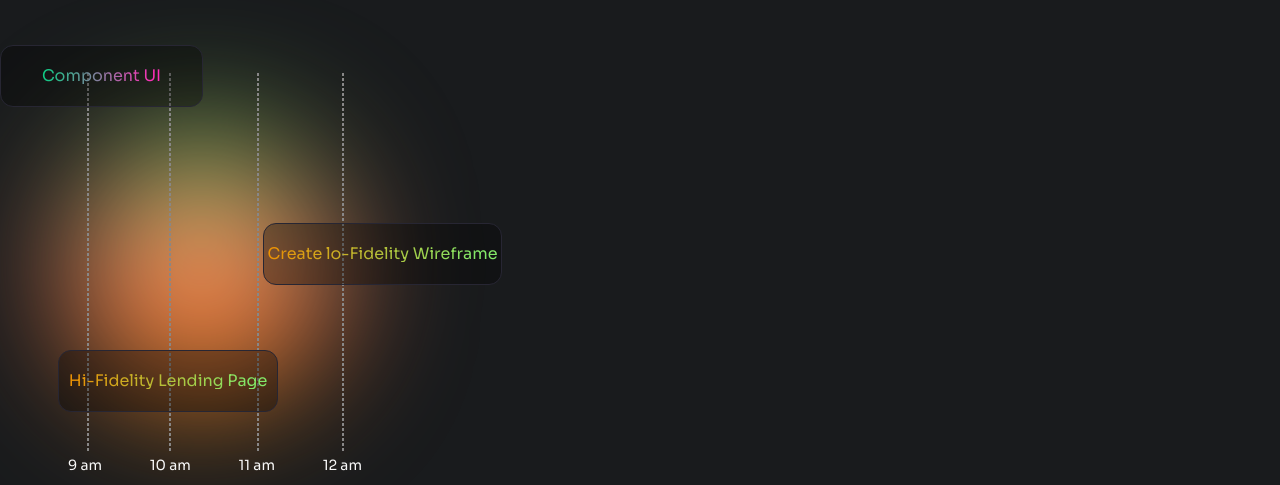
Repository: anhthiethumg/Task_Managerment_Website
Page: index.html
The author's editor kept a copy of each file at every save. The page is drawn from the files as they stood at one save, then again after the next save.
The browser window is 1280 px wide. The pictures show the part of the page from y = 2400 to 2885 px (the page is 2885 px tall).
A picture or video elsewhere on the page could not be fetched, so the positions and the page height are approximate.

Above is the page before, as saved 2023-07-31 08:57:51.

### index.html
<!DOCTYPE html>
<html lang="en">
  <head>
    <meta charset="UTF-8" />
    <meta name="viewport" content="width=device-width, initial-scale=1.0" />
    <title>Task Managerment Website</title>
    <!-- Reset Css -->
    <link rel="stylesheet" href="./assets/css/reset.css" />

    <!-- CSS -->
    <link rel="stylesheet" href="./assets/css/styles.css" />

    <!-- Embed Font-->

    <link rel="preconnect" href="https://fonts.googleapis.com" />
    <link rel="preconnect" href="https://fonts.gstatic.com" crossorigin />
    <link
      href="https://fonts.googleapis.com/css2?family=Sora:wght@400;600;700;800&display=swap"
      rel="stylesheet"
    />
  </head>
  <body>
    <!-- Header -->
    <section class="header">
      <div class="container">
        <navbar class="row nav">
          <img src="./assets/image/logo.svg" alt="Task." />
          <div class="nav-list">
            <a class="nav-item" href="#!">Home</a>
            <a class="nav-item" href="#!">Products</a>
            <a class="nav-item" href="#!">Guidlines</a>
            <a class="nav-item" href="#!">Guidlines</a>
          </div>
          <button class="btn nav-btn">Sign In</button>
        </navbar>
        <section class="hero">
          <div class="row hero__content">
            <div class="stacked-circles">
              <div class="circles"></div>
              <div class="circles"></div>
              <div class="circles"></div>
              <div class="circles"></div>
            </div>
            <div class="hero--content__heading">
              <h1 class="hero__heading">
                Make <span class="heading__liner">Management</span> Way More
                Easier Than Ever
              </h1>
              <p class="hero__desc section-desc">
                The online collaborative management platform to bring more
                efficiency and performace
              </p>
              <div class="hero-btn row">
                <button type="button" class="btn hero__btn">
                  Request Demo
                </button>
                <button type="button" class="btn hero__btn">Contact Us</button>
              </div>
            </div>
            <div class="stacked-circles">
              <div class="circles"></div>
              <div class="circles"></div>
              <div class="circles"></div>
              <div class="circles"></div>
            </div>
          </div>
          <section class="task-manager row">
            <sidebar class="sidebar">
              <div class="row sidebar__header">
                <img
                  src="./assets/icons/icon-sidebar.svg"
                  alt="icon-sidebar"
                  class="icon__sidebar"
                />
                <img
                  src="./assets/icons/dashboard-icon.svg"
                  alt="dashboard-icon"
                  class="dashboard-icon"
                />
                <h4 class="sidebar__heading">Dashboard</h4>
              </div>
              <div class="sidebar__list">
                <h4 class="sidebar__list--heading">Collections</h4>
                <div class="sidebar__list--item">
                  <h5 class="sidebar__item--content">School</h5>
                </div>
                <div class="sidebar__list--item">
                  <h5 class="sidebar__item--content">Personal</h5>
                </div>
              </div>
            </sidebar>
            <section class="task-manager__section">
              <div class="task__header row">
                <img src="./assets/icons/school.png" alt="Back" class="back" />
                <img
                  src="./assets/icons/contact us icon.png"
                  alt="Contact"
                  class="contact-us"
                />
              </div>
              <div class="task__content row">
                <div class="list--work">
                  <div class="list-sort">Sort</div>
                  <div class="work--item">Finish the Easay collaboration</div>
                  <div class="work--item">Do the math for next monday</div>
                  <div class="work--item">
                    Read the next chapter of the book
                  </div>
                  <div class="work--item">
                    Send the collabaration files to jerusha
                  </div>
                  <div class="work--item">
                    Finish the powerpoint presentation
                  </div>
                  <div class="work--item">Add task</div>
                </div>
                <div class="daily-task">
                  <div class="dailytask__heading">Daily task.</div>
                  <img
                    class="dailytask__img"
                    src="./assets/image/Rectangle 50.png"
                    alt="Daily task"
                  />
                </div>
              </div>
              <div class="card">
                <div class="card__heading">Collections</div>
                <div class="card__list">
                  <div class="card__item">
                    <div class="card__item--icon"></div>
                    <div class="card__item--content">
                      <h4 class="card__item--title">School</h4>
                      <p class="card__item--desc">4 task plus tomorrow.</p>
                    </div>
                  </div>
                  <div class="card__item">
                    <div class="card__item--icon"></div>
                    <div class="card__item--content">
                      <h4 class="card__item--title">Personal</h4>
                      <p class="card__item--desc">1 task plus today.</p>
                    </div>
                  </div>
                  <div class="card__item">
                    <div class="card__item--icon"></div>
                    <div class="card__item--content">
                      <h4 class="card__item--title">Design</h4>
                      <p class="card__item--desc">3 task plus rewt week.</p>
                    </div>
                  </div>
                </div>
              </div>
            </section>
          </section>
        </section>
      </div>
    </section>

    <!-- Main -->
    <main class="main">
      <div class="container">
        <!-- Services -->
        <section class="services">
          <div class="services__icon--list">
            <div class="services__icon--bg">
              <img
                src="./assets/icons/report.png"
                alt="Report"
                class="services__icon"
              />
            </div>
            <img src="./assets/icons/dash line-1.svg" alt="dash-line" />
            <div class="services__icon--bg">
              <img
                src="./assets/icons/server.png"
                alt="Server"
                class="services__icon"
              />
            </div>

            <img src="./assets/icons/dash line-1.svg" alt="dash-line" />
            <div class="services__icon--bg">
              <img
                src="./assets/icons/support.png"
                alt="Support"
                class="services__icon"
              />
            </div>
          </div>
          <div class="services__list row">
            <div class="services__items">
              <h3 class="services__heading">Structured Reports</h3>
              <p class="services__desc">
                Sed rhoncus sit sed tellus donec lorem lectus nunc, ornare
              </p>
            </div>
            <div class="services__items">
              <h3 class="services__heading">Cloud System</h3>
              <p class="services__desc">
                Sed rhoncus sit sed tellus donec lorem lectus nunc, ornare
              </p>
            </div>
            <div class="services__items">
              <h3 class="services__heading">24/7 Support</h3>
              <p class="services__desc">
                Sed rhoncus sit sed tellus donec lorem lectus nunc, ornare
              </p>
            </div>
          </div>
        </section>

        <!-- Static -->

        <section class="static row">
          <section class="static__content">
            <h2 class="static__heading section__heading">
              Okay, <span class="heading__liner">Let’s</span> see D’task in
              numbers
            </h2>
            <p class="static__desc section__desc">
              Powering a productive team means using a powerful tool (and plenty
              of snacks). From meetings and projects to events and goal setting,
              D'taak intuitive features give any team the ability to quickly set
              up and customize workflows for just about anything
            </p>
            <div class="static__dot row">
              <div class="dot"></div>
              <div class="dot"></div>
              <div class="dot"></div>
            </div>
            <div class="static__list row">
              <div class="static__item">
                <div class="static--item__number">12M</div>
                <div class="static--item__title">Support</div>
              </div>
              <div class="static__item">
                <div class="static--item__number">16</div>
                <div class="static--item__title">Active User</div>
              </div>
              <div class="static__item">
                <div class="static--item__number">7/24</div>
                <div class="static--item__title">Languages</div>
              </div>
            </div>
          </section>
          <div class="static__media">
            <img
              class="static--media__bg"
              src="./assets/image/static_background.svg"
              alt="background"
            />
            <div class="dash-shape"></div>
            <div class="dash-shape"></div>
            <div class="dash-shape"></div>
            <div class="dash-shape"></div>
            <!-- <div class="static--media__item row">
              <h3 class="static--media__title ">
                <span class="heading__liner">Online Support</span>
              </h3>
              <img class="static--media__icons" src = "./assets/icons/video-button.svg"/>
            </div>
            <div class="static--media__item row">
              <h3 class="static--media__title ">
                <span class="heading__liner">Exercitation</span>
              </h3>
              <img class="static--media__icons" src = "./assets/icons/Exercitation-icon.svg"/>
            </div>
            <div class="static--media__item row">
              <h3 class="static--media__title ">
                <span class="heading__liner">D’ task</span>
              </h3>
              <img class="static--media__icons" src = "./assets/icons/video-button.svg"/>
            </div>
            <div class="static--media__item row">
              <h3 class="static--media__title ">
                <span class="heading__liner">Design</span>
              </h3>
              <img class="static--media__icons" src = "./assets/icons/video-button.svg"/>
            </div> -->
          </div>
        </section>
      </div>
      <!-- Features -->
      <section class="features">
        <div class="container row">
          <div class="feature__meida">
            <div class="shape--blur"></div>
            <div class = "block--line">
              <div class="dash--line">
                <div class="line"></div>
                <div class="dash-line__content">
                  9 am
                </div>
              </div>
              <div class="dash--line">
                <div class="line"></div>
                <div class="dash-line__content">
                  10 am
                </div>
              </div>
              <div class="dash--line">
                <div class="line"></div>
                <div class="dash-line__content">
                  11 am
                </div>
              </div>
              <div class="dash--line">
                <div class="line"></div>
                <div class="dash-line__content">
                  12 am
                </div>
              </div>
            </div>
            <div class = "feature--btn">
              <div class="feature__btn btn">
                <span class="heading__liner">
                  Component UI
                </span>
              </div>
              <div class="feature__btn btn">
                <span class="heading__liner">
                  Create lo-Fidelity Wireframe
                </span>
              </div>
              <div class="feature__btn btn">
                <span class="heading__liner">
                  Hi-Fidelity Lending Page
                </span>
              </div>
            </div>
          </div>
          <div class="feature__content"></div>
        </div>
      </section>
    </main>
  </body>
</html>

### assets/css/styles.css
* {
  box-sizing: border-box;
}

html {
  font-size: 62.5%;
}

:root {
  color: var(--text-color-gray-2, #282c30);
  color: var(--text-color-white, #f9f9f9);
  color: var(
    --primary-color-leniar-color,
    linear-gradient(90deg, #eb9204 1.67%, #83e868 89.99%)
  );
  color: var(--primary-color-background, #131517);
  color: var(--text-color-dark-blue, #272633);
}

body {
  font-size: 1.6rem;
  font-family: "Sora", sans-serif;
  background: var(--primary-color-background, #131517);
}

/* Common */

a {
  text-decoration: none;
}

.container {
  width: 1144px;
  margin: 0 auto;
}

.row {
  display: flex;
}

.btn {
  width: 110px;
  height: 40px;
  border-radius: 8px;
  border: 1px solid var(--text-color-dark-blue, #272633);
  background: #131517;
  text-align: center;
}

.section__desc {
  color: var(--text-color-gray-1, #858b93);
  text-align: center;
  font-size: 1.6rem;
  font-weight: 400;
  line-height: 1.625;
}

.section__heading {
  color: var(--text-color-white, #f9f9f9);
  font-size: 4rem;
  font-weight: 600;
}
/* Header */

.header {
  margin-top: 40px;
  margin-bottom: 140px;
  padding-top: 10px;
}

/* Navbar */

.nav {
  justify-content: space-between;
  align-items: center;
  height: 40px;
  margin-bottom: 157px;
}

.nav-item {
  margin-right: 36px;
  color: var(--text-color-gray-1, #858b93);
  font-size: 1.6rem;
  font-weight: 400;
  line-height: 1.5;
}

.nav-item:hover {
  color: var(--text-color-white, #f9f9f9);
  text-decoration: underline;
}

.nav-btn {
  background: var(
    --primary-color-leniar-color,
    linear-gradient(90deg, #eb9204 1.67%, #83e868 89.99%)
  );
  background-clip: text;
  -webkit-background-clip: text;
  -webkit-text-fill-color: transparent;
  font-size: 1.6rem;
  font-weight: 400;
  line-height: 1.5;
}

/* hero-content */
.hero__content {
  padding: 0 25px;
  justify-content: space-between;
}
.hero__heading {
  margin: 0 auto 34px;
  width: 783px;
  color: var(--text-color-white, #f9f9f9);
  text-align: center;
  font-size: 6rem;
  font-weight: 700;
  line-height: 1.17;
}

.heading__liner {
  background: var(
    --primary-color-leniar-color,
    linear-gradient(90deg, #eb9204 1.67%, #83e868 89.99%)
  );
  background-clip: text;
  -webkit-background-clip: text;
  -webkit-text-fill-color: transparent;
}

.hero__desc {
  width: 447px;
  margin: 0 auto 44px;
}

.hero-btn {
  justify-content: center;
  gap: 30px;
}

.hero__btn {
  margin-bottom: 111px;
  width: 199px;
  height: 54px;
  color: var(--text-color-white, #f9f9f9);
  font-size: 1.6rem;
  font-weight: 400;
  line-height: 1.625;
}

.hero__btn:hover {
  background: var(
    --primary-color-leniar-color,
    linear-gradient(90deg, #eb9204 1.67%, #83e868 89.99%)
  );
}

/* hero circle */

.stacked-circles {
  display: flex;
  flex-direction: column;
  align-items: center;
  margin-top: -75px;
}

.circles {
  fill: linear-gradient(180deg, #111118 4.96%, rgba(43, 43, 61, 0) 100%);
  box-shadow: 0px 39px 31px 0px #313141 inset;
  border-radius: 50%;
}
.circles:first-child {
  width: 121px;
  height: 121px;
  margin-bottom: 41px;
}

.circles:nth-child(2) {
  width: 39px;
  height: 39px;
  margin-bottom: 36px;
}

.circles:nth-child(3) {
  width: 25px;
  height: 25px;
  margin-bottom: 39px;
}

.circles:last-child {
  width: 14px;
  height: 14px;
  flex-shrink: 0;
}

/* task manager */

.task-manager {
  width: 848px;
  height: 366px;
  border-radius: 8px 8px 0px 0px;
  background: #1f2326;
  margin-left: 180px;
}

.sidebar {
  padding: 18px 0 0 16px;
}

.sidebar__header {
  width: 192px;
  height: 39px;
  align-items: center;
}

.icon__sidebar {
  width: 9px;
  height: 9px;
  margin-right: 25px;
}

.dashboard-icon {
  width: 13px;
  height: 11px;
  margin-right: 17px;
}

.sidebar__heading {
  color: #98989c;
  font-size: 1.4rem;
  font-weight: 600;
}

.sidebar__list--heading {
  margin: 15px 0 15px;
  color: var(--text-color-white, #f9f9f9);
  font-size: 1.4rem;
  font-weight: 600;
}

.sidebar__list--item {
  width: 192px;
  height: 39px;
  display: flex;
  align-items: center;
}

.sidebar__list--item:hover {
  background: #2b2d2f;
}
.sidebar__item--content {
  color: var(--text-color-gray-1, #858b93);
  font-size: 1.2rem;
  font-weight: 600;
  opacity: 0.6000000238418579;
  display: flex;
  align-items: center;
}

.sidebar__item--content::before {
  display: inline-block;
  content: " ";
  width: 17px;
  height: 17px;
  border-radius: 5px;
  background: #ae8ff9;
  margin-right: 10px;
}

.task-manager__section {
  position: relative;
  margin-top: 28px;
  margin-right: 15px;
  background: #0d1012;
  width: 100%;
  padding: 30px;
}

.task__header {
  margin-left: 140px;
  justify-content: space-between;
}

.list--work {
  width: 362px;
  margin-right: 52px;
}

.list-sort {
  color: #838386;
  font-size: 1.2rem;
  font-weight: 400;
  text-align: right;
  height: 30px;
}

.list-sort::before {
  display: inline-block;
  content: " ";
  width: 10px;
  height: 5px;
  border-radius: 5px;
  margin-right: 10px;
  background-image: url(../icons/sort.svg);
  margin-left: 10px;
}
.work--item {
  display: flex;
  align-items: center;
  margin-bottom: 10px;
  width: 100%;
  height: 30px;
  border-radius: 10px;
  background: #14181b;
  color: #9ea1a7;
  font-size: 1rem;
  font-weight: 300;
}

.work--item:before {
  display: inline-block;
  content: " ";
  width: 14px;
  height: 14px;
  border-radius: 5px;
  margin-right: 10px;
  background-image: url(../icons/check.svg);
  margin-left: 10px;
}

.work--item:last-child:before {
  background-image: url(../icons/add.svg);
}

.dailytask__heading {
  color: var(--text-color-white, #f9f9f9);
  font-size: 1.4rem;
  font-weight: 400;
  margin-bottom: 20px;
}

.dailytask__img {
  width: 167px;
  height: 218px;
  flex-shrink: 0;
  border-radius: 17px;
  background: rgba(13, 16, 18, 0.24);
}

.card {
  position: absolute;
  width: 216px;
  height: 335px;
  border-radius: 15px 15px 22px 22px;
  background: #0d1012;
  padding: 26px 15px;
  left: -295px;
  top: 150px;
}

.card__heading {
  color: #f9f9f9;
  font-size: 1.4rem;
  font-weight: 600;
  margin-left: 10px;
  margin-bottom: 21px;
}

.card__item {
  display: flex;
  align-items: center;
  width: 188px;
  height: 78px;
  border-radius: 13px;
  background: #14181b;
  margin-bottom: 8px;
}
.card__item--icon {
  width: 33px;
  height: 33px;
  border-radius: 12px;
  margin: 12px;
}

.card__item:first-child .card__item--icon {
  background: var(--primary-color-dark-orange, #ff7667);
}

.card__item:nth-child(2) .card__item--icon {
  background: var(--primary-color-blue, #ae8ff9);
}

.card__item:last-child .card__item--icon {
  background: var(--primary-color-green, #0cce84);
}

.card__item--title {
  color: #fff;
  font-size: 1.4rem;
  font-weight: 600;
  margin-bottom: 3px;
}

.card__item--desc {
  color: var(--text-color-gray-1, #858b93);
  font-size: 1rem;
  font-weight: 400;
}

/* services */

.services {
  padding: 41px 50px 53px 50px;
  margin-top: 286px;
  margin-bottom: 140px;
  width: 1096px;
  height: 331px;
  border-radius: 27px;
  background: var(--text-color-gray-2, #282c30);
}

.services__icon--list {
  display: flex;
  align-items: center;
  justify-content: space-around;
  margin: 30px 50px;
}

.services__icon--bg {
  background: var(--primary-color-green, #0cce84);
  width: 62px;
  height: 62px;
  border-radius: 50%;
  display: flex;
  align-items: center;
  justify-content: center;
}

.services__icon--bg:nth-child(2) {
  background: var(--primary-color-dark-yellow, #ef8f00);
}

.services__icon--bg:last-child {
  background: var(--primary-color-blue, #ae8ff9);
}
.services__icon {
  width: 32px;
  height: 32px;
}

.services__list {
  justify-content: space-between;
}

.services__items {
  width: 238px;
  text-align: center;
}

.services__heading {
  color: var(--text-color-white, #f9f9f9);
  font-size: 2.2rem;
  font-weight: 600;
  line-height: 1.45;
}

.services__desc {
  color: #858b93;
  font-size: 1.6rem;
  font-weight: 400;
  line-height: 1.625;
}

/* Static */
.static__content {
  width: 537px;
  margin-bottom: 140px;
}
.static__heading {
  width: 368px;
  margin-bottom: 22px;
}

.static__desc {
  width: 537px;
  height: 106px;
  text-align: left;
  margin-bottom: 86px;
}

.static__dot {
  gap: 6px;
  justify-content: center;
  margin-bottom: 28px;
  margin-left: -105px;
}
.dot {
  width: 6px;
  height: 6px;
  border-radius: 50%;
  background: #838386;
}

.dot:nth-child(2) {
  background: #ef8f00;
}

.static__list {
  gap: 17px;
}
.static__item {
  text-align: center;
  padding-top: 21px;
  width: 132px;
  height: 127px;
  border-radius: 9px;
  background: var(--text-color-dark-blue, #272633);
}

.static__item:nth-child(odd) {
  margin-top: -30px;
}

.static__item:nth-child(2) {
  background: linear-gradient(
    191deg,
    #c4f566 7.35%,
    #ae8ef9 28.41%,
    #ef8f00 60.81%,
    #61e559 100%
  );
}

.static__item:nth-child(2) .static--item__title {
  color: var(--text-color-white, #f9f9f9);
}
.static--item__number {
  color: var(--text-color-white, #f9f9f9);
  font-size: 3rem;
  font-weight: 600;
  margin-bottom: 16px;
}

.static--item__title {
  color: var(--text-color-gray-1, #858b93);
  font-size: 1.6rem;
  font-weight: 400;
  line-height: 1.625;
}

.static__media {
  position: relative;
}

.static--media__bg {
  position: absolute;
}
.dash-shape {
  position: absolute;
  width: 455px;
  height: 455px;
  border-radius: 455px;
  border: 2px dashed #2f2f2f;
  top: 50px;
  left: 50px;
}

.dash-shape:nth-child(2) {
  width: 336px;
  height: 336px;
  top: 110px;
  left: 110px;
}

.dash-shape:nth-child(3) {
  width: 209px;
  height: 209px;
  background: #6aea5c;
  opacity: 0.5;
  border: 2px solid #6aea5c;
  top: 170px;
  left: 170px;
}

.dash-shape:nth-child(4) {
  width: 137px;
  height: 137px;
  background: #6aea5c;
  border: 2px solid #6aea5c;
  top: 205px;
  left: 205px;
}
/*
.static--media__item {
  position: absolute;
  justify-content: space-between;
  align-items: center;
  width: 225px;
  height: 61px;
  border-radius: 5px;
  background: #27292c;
  padding: 20px;

}

.static--media__item:nth-child(1) {
  top: 50px;
  left: 150px;
}
.static--media__item:nth-child(2) {
  top: 450px;
  left: 150px;
}
.static--media__item:nth-child(3) {
  top: 150px;
  left: 10px;
}
.static--media__item:nth-child(4) {
  top: 150px;
  left: 150px;
} */

/* Feature */
.features {
  background: #191b1d;
  padding: 153px 0 85px 0;
}

.feature__meida {
  position: relative;
}
.shape--blur {
  width: 267px;
  height: 267px;
  border-radius: 267px;
  background: linear-gradient(180deg, #6aea5c 0%, #fd7566 48.53%, #ef8f00 100%);
  filter: blur(66px);
}

.block--line {
  position: absolute;
  top: -60px;
  width: 294px;
  height: 378px;
  display: flex;
  justify-content: space-between;
}

.line {
  height: 100%;
  width: 1px;
  border: 1px dashed #888787;
  align-items: center;
  margin-left: 19px;
  margin-bottom: 7px;
}

.dash-line__content {
  color: #f9f9f9;
  font-size: 1.4rem;
  font-weight: 400;
}

.feature--btn {
  position: relative;
}

.feature__btn {
  position: absolute;
  border-radius: 13px;
  height: 62px;
  background: rgba(0, 0, 0, 0.32);
  display: flex;
  justify-content: center;
  align-items: center;
}

.feature__btn:nth-child(1) {
  top: -355px;
  left: -68px;
  width: 203px;
}

.feature__btn:nth-child(2) {
  width: 239px;
  top: -177px;
  left: 195px;
}
.feature__btn:nth-child(3) {
  width: 220px;
  top: -50px;
  left: -10px;
}

.feature__btn:nth-child(1) .heading__liner, .feature__btn:nth-child(1) .heading__liner {
  background: linear-gradient(90deg, #0cce84 0%, #ff2eb8 94.43%);
  background-clip: text;
  -webkit-background-clip: text;
  -webkit-text-fill-color: transparent;
}

Loaded but not shown: assets/css/reset.css (common file)

After the next save:
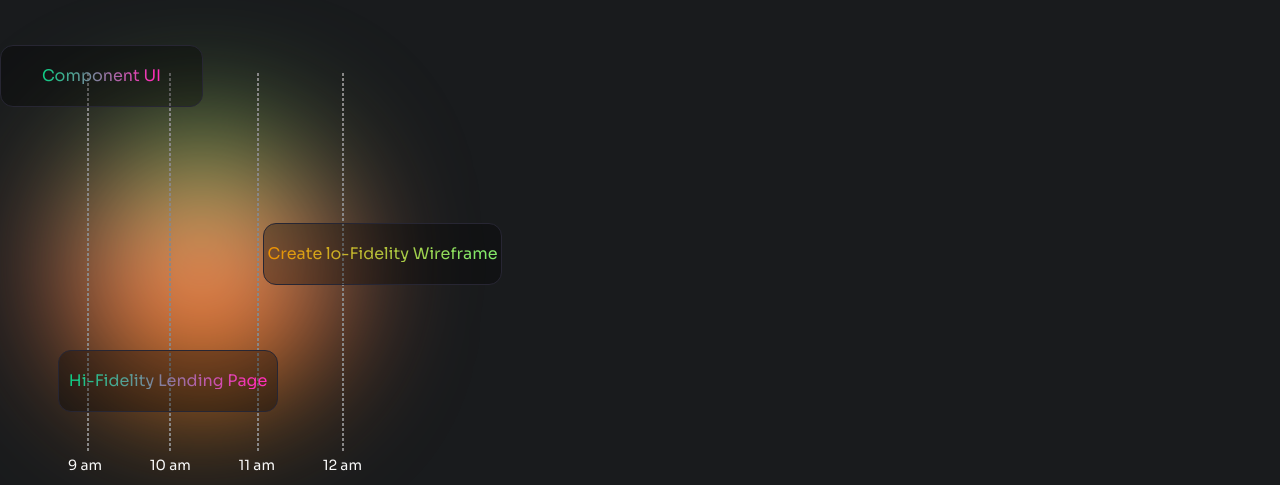
Saved 4 s later.
--- a/assets/css/styles.css
+++ b/assets/css/styles.css
@@ -692,7 +692,7 @@ a {
   left: -10px;
 }
 
-.feature__btn:nth-child(1) .heading__liner, .feature__btn:nth-child(1) .heading__liner {
+.feature__btn:nth-child(1) .heading__liner, .feature__btn:nth-child(3) .heading__liner {
   background: linear-gradient(90deg, #0cce84 0%, #ff2eb8 94.43%);
   background-clip: text;
   -webkit-background-clip: text;
